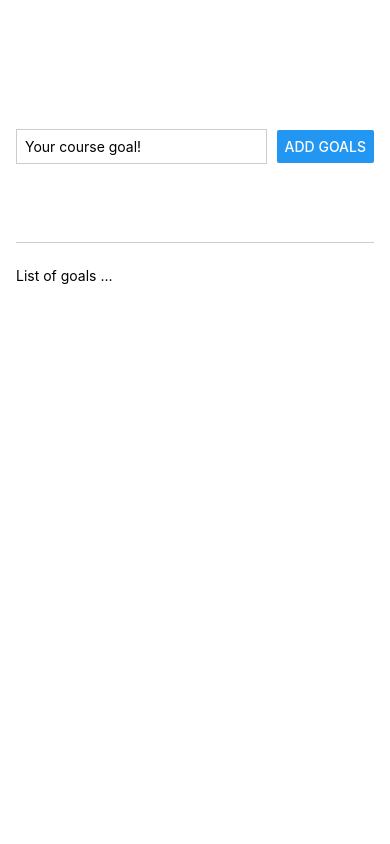
Repository: vanh1604/Todo-List
Screen: /
These files come from the project's save history. The screen is drawn as it stood at one moment and after the next save; the edit follows.
The app was drawn by React Native's web renderer in a window 390 px wide. The project was rebuilt for these pictures with package versions that can differ from the ones it lists, and the page was loaded fresh each time.

Above is the screen before, as saved 2023-06-16 15:38:45.

### App.js
import { StyleSheet, Text, TextInput, View, Button } from "react-native";

export default function App() {
  return (
    <View style={styles.appContainer}>
      <View style={styles.inputContainer}>
        <TextInput
          style={styles.textInput}
          placeholder="Your course goal!"
        ></TextInput>
        <Button title="Add goals" />
      </View>
      <View style={styles.goalsContainer}>
        <Text>List of goals ...</Text>
      </View>
    </View>
  );
}

const styles = StyleSheet.create({
  appContainer: {
    flex:1,
    paddingTop: 50,
    paddingHorizontal: 16,
  },
  inputContainer: {
    flex: 1,
    flexDirection: "row",
    justifyContent: "space-between",
    alignItems: "center",
    marginBottom: 24,
    borderBottomWidth: 1,
    borderBottomColor: "#cccccc",
  },
  textInput: {
    borderWidth: 1,
    borderColor: "#cccccc",
    width: "70%",
    marginRight: 8,
    padding: 8,
  },
  goalsContainer: {
    flex: 3,
  },
});

After the next save:
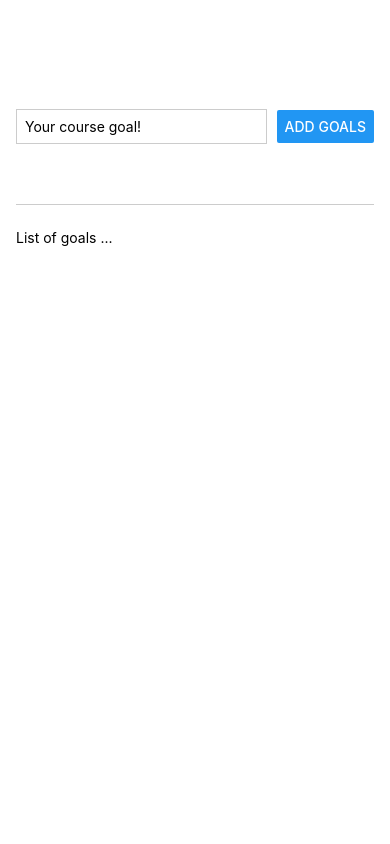
Saved 36 s later.
--- a/App.js
+++ b/App.js
@@ -40,6 +40,6 @@ const styles = StyleSheet.create({
     padding: 8,
   },
   goalsContainer: {
-    flex: 3,
+    flex: 4,
   },
 });
